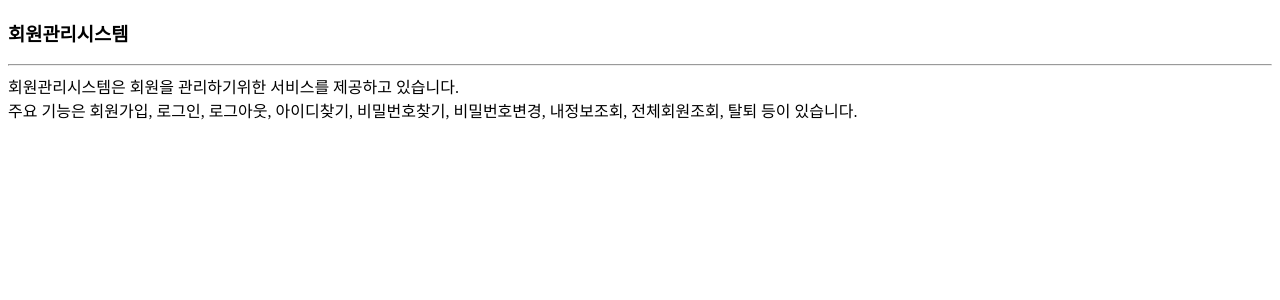
Repository: helloJunejun/WorkSpace_WebUi
Page: 0.1html_basic/src/main/webapp/WEB-INF/index.html
The author's editor kept a copy of each file at every save. The page is drawn from the files as they stood at one save, then again after the next save.
The browser window is 1280 px wide. The pictures show the whole page.

Above is the page before, as saved 2021-06-23 06:30:11.

### 0.1html_basic/src/main/webapp/WEB-INF/index.html
<!DOCTYPE html PUBLIC "-//W3C//DTD HTML 4.01 Transitional//EN" "http://www.w3.org/TR/html4/loose.dtd">
<html>
<head>
<meta http-equiv="Content-Type" content="text/html; charset=UTF-8">
<title>MMS</title>
</head>
<body>
<h3>회원관리시스템</h3>
<hr>
회원관리시스템은 회원을 관리하기위한 서비스를 제공하고 있습니다.<br>
주요 기능은 회원가입, 로그인, 로그아웃, 아이디찾기, 비밀번호찾기, 비밀번호변경, 내정보조회, 전체회원조회, 탈퇴 등이 있습니다.
</body>
</html>

After the next save:
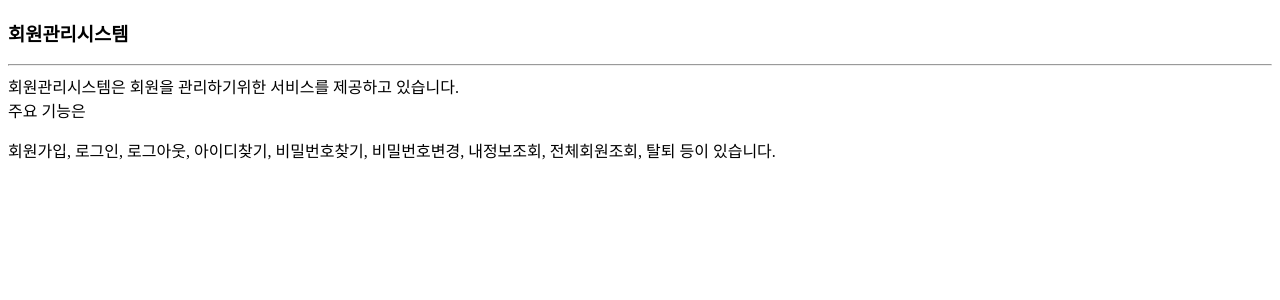
Saved 17 s later.
--- a/0.1html_basic/src/main/webapp/WEB-INF/index.html
+++ b/0.1html_basic/src/main/webapp/WEB-INF/index.html
@@ -8,6 +8,6 @@
 <h3>회원관리시스템</h3>
 <hr>
 회원관리시스템은 회원을 관리하기위한 서비스를 제공하고 있습니다.<br>
-주요 기능은 회원가입, 로그인, 로그아웃, 아이디찾기, 비밀번호찾기, 비밀번호변경, 내정보조회, 전체회원조회, 탈퇴 등이 있습니다.
+주요 기능은 <p>회원가입, 로그인, 로그아웃, 아이디찾기, 비밀번호찾기, 비밀번호변경, 내정보조회, 전체회원조회, 탈퇴 등이 있습니다.
 </body>
 </html>
